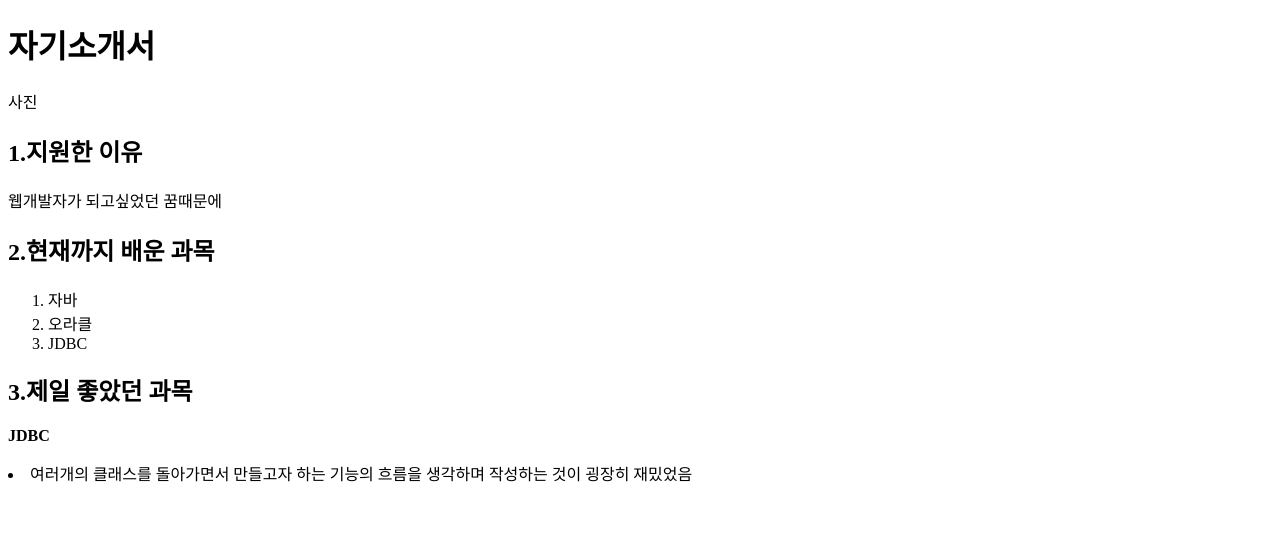
Repository: DongHyenYoo/DongHyen
Page: JdbcStudy/HTMLTEST/WebContent/SelfIntro.html
The author's editor kept a copy of each file at every save. The page is drawn from the files as they stood at one save, then again after the next save.
The browser window is 1280 px wide. The pictures show the whole page.

Above is the page before, as saved 2022-09-23 07:19:44.

After the next save:
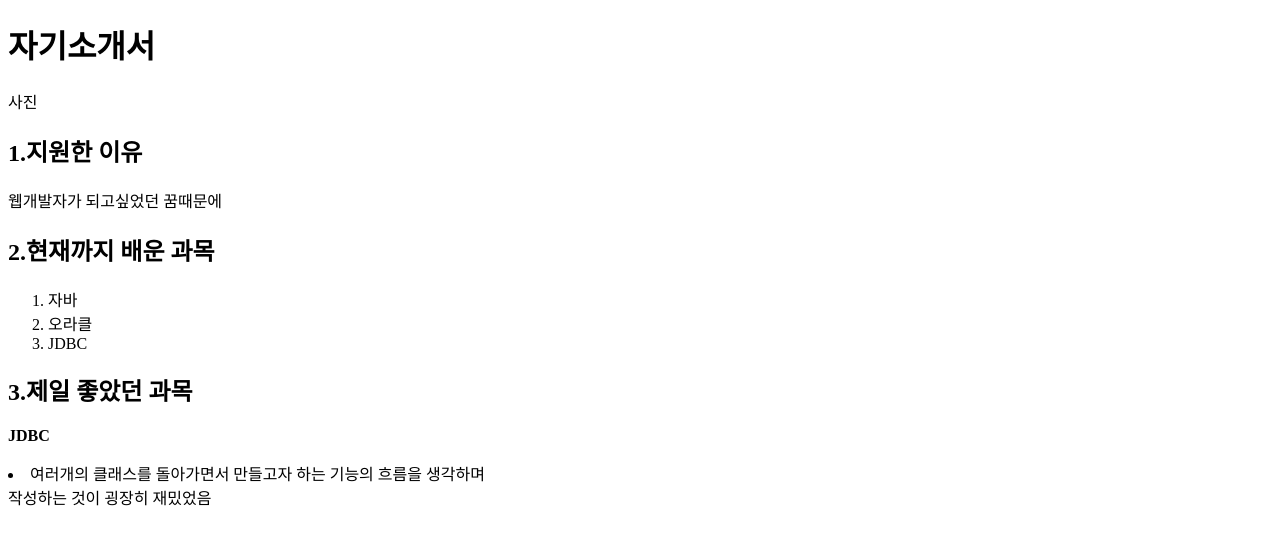
Saved 87 s later.
--- a/JdbcStudy/HTMLTEST/WebContent/SelfIntro.html
+++ b/JdbcStudy/HTMLTEST/WebContent/SelfIntro.html
@@ -29,7 +29,7 @@
 <h2>3.제일 좋았던 과목</h2>
 <p>
 <strong>JDBC</strong>
-<li>여러개의 클래스를 돌아가면서 만들고자 하는 기능의 흐름을 생각하며
+<li>여러개의 클래스를 돌아가면서 만들고자 하는 기능의 흐름을 생각하며<br>
 작성하는 것이 굉장히 재밌었음</li>
 </p>
 
